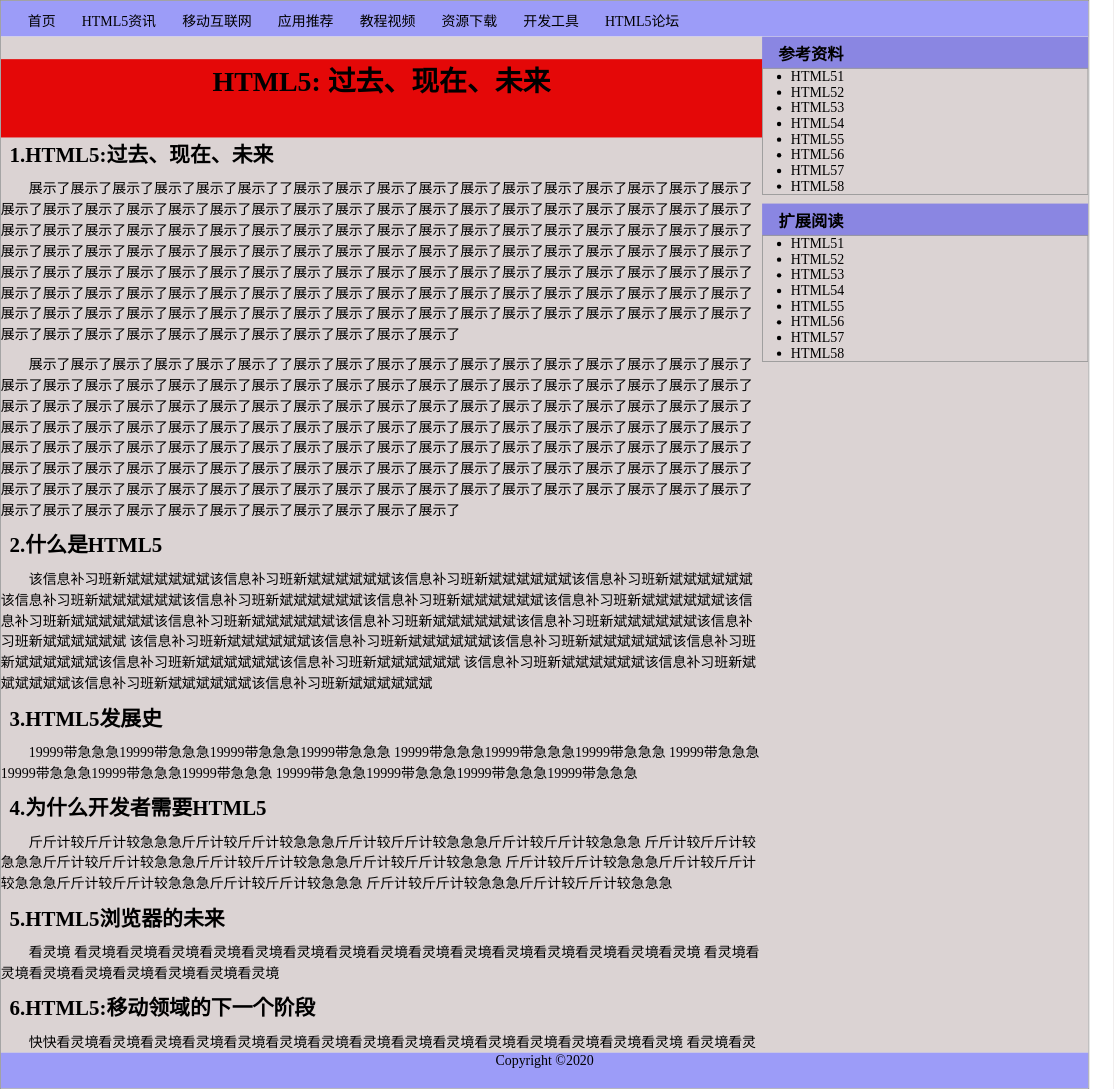
Repository: LstHeart/html-learning
Page: css/案例作业2.html
The author's editor kept a copy of each file at every save. The page is drawn from the files as they stood at one save, then again after the next save.
The browser window is 1280 px wide. The pictures show the whole page, at 87% of full size.

Above is the page before, as saved 2021-01-06 01:15:47.

After the next save:
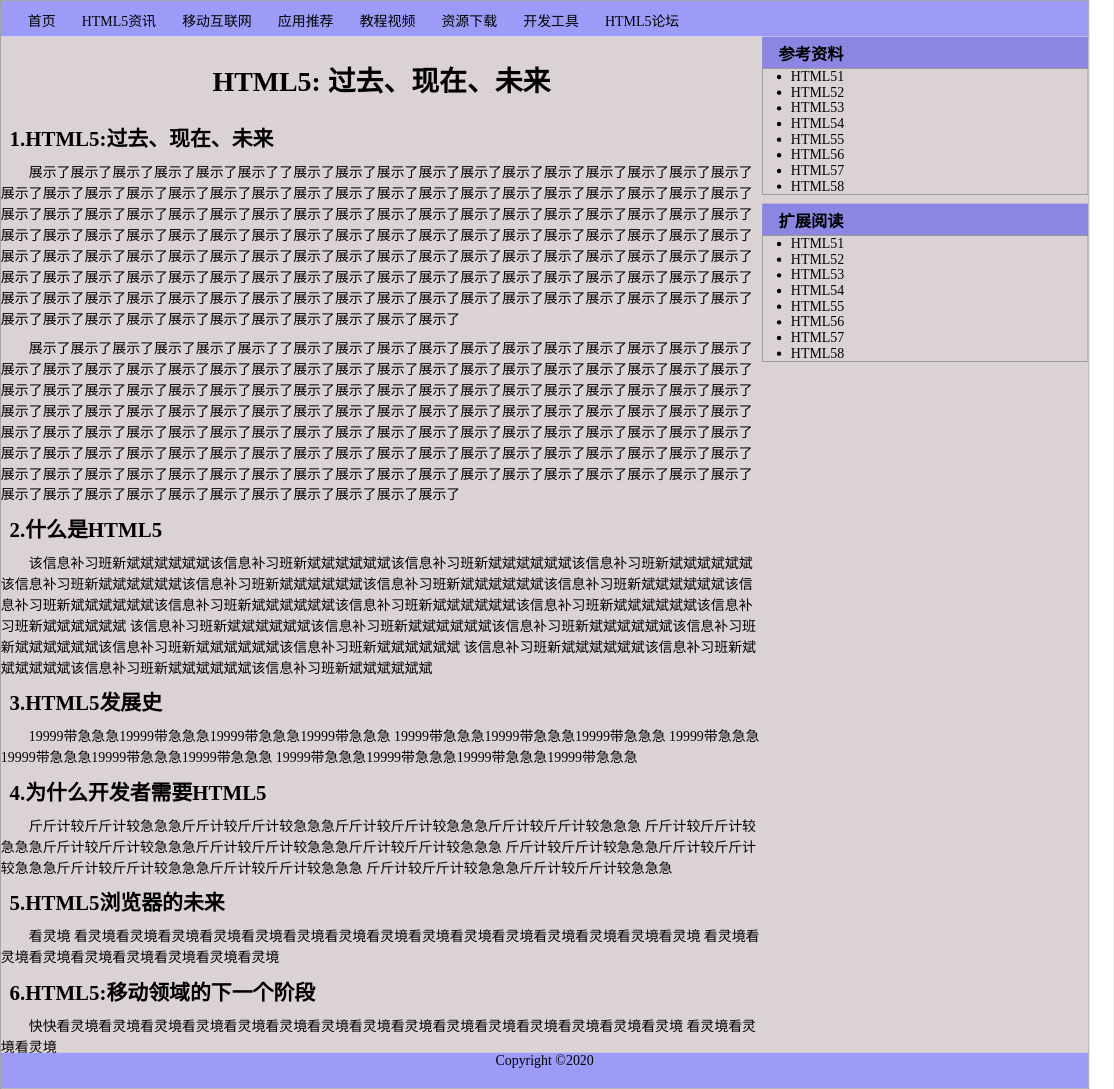
Saved 64 s later.
--- a/css/html5.css
+++ b/css/html5.css
@@ -57,10 +57,6 @@ a{
 .content .rightside{
     width: 30%;
 }
-.content .h1{
-    height: 90px;
-    background-color: rgb(228, 8, 8);
-}
 .content h1{
     text-align: center;
     font-family: '黑体';
